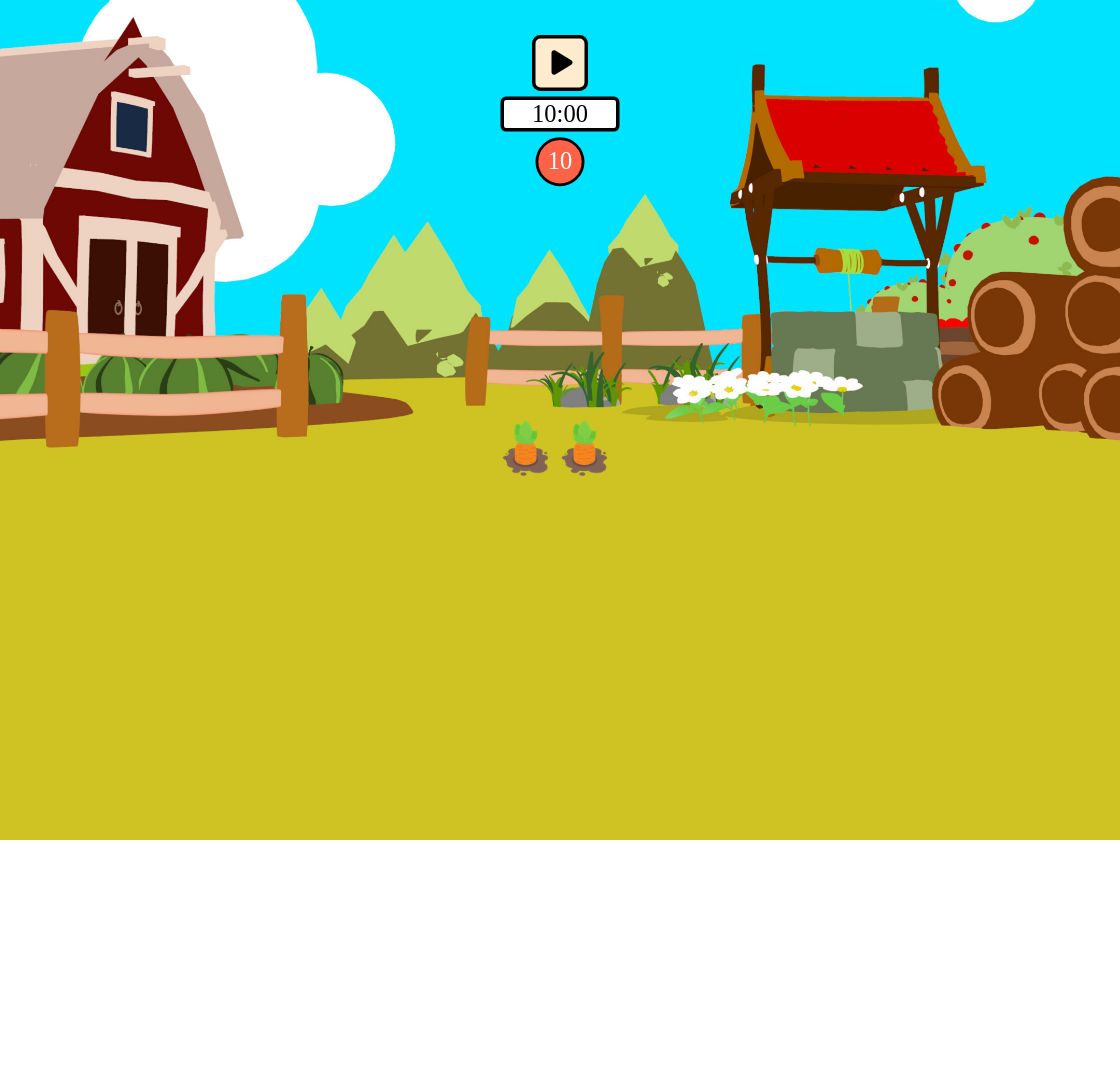
Repository: keehoonjung/Bug-Game
Page: index.html
The author's editor kept a copy of each file at every save. The page is drawn from the files as they stood at one save, then again after the next save.
The browser window is 1280 px wide. The page is 1600 px wide, so the pictures cover 1600 px, including what lies to the right of the window. The pictures show the part of the page from y = 0 to 1560 px (the page is 2150 px tall before and 1200 px after), at 70% of full size.
Some web libraries are served in a nearby version.

Above is the page before, as saved 2021-08-10 11:16:23.

After the next save:
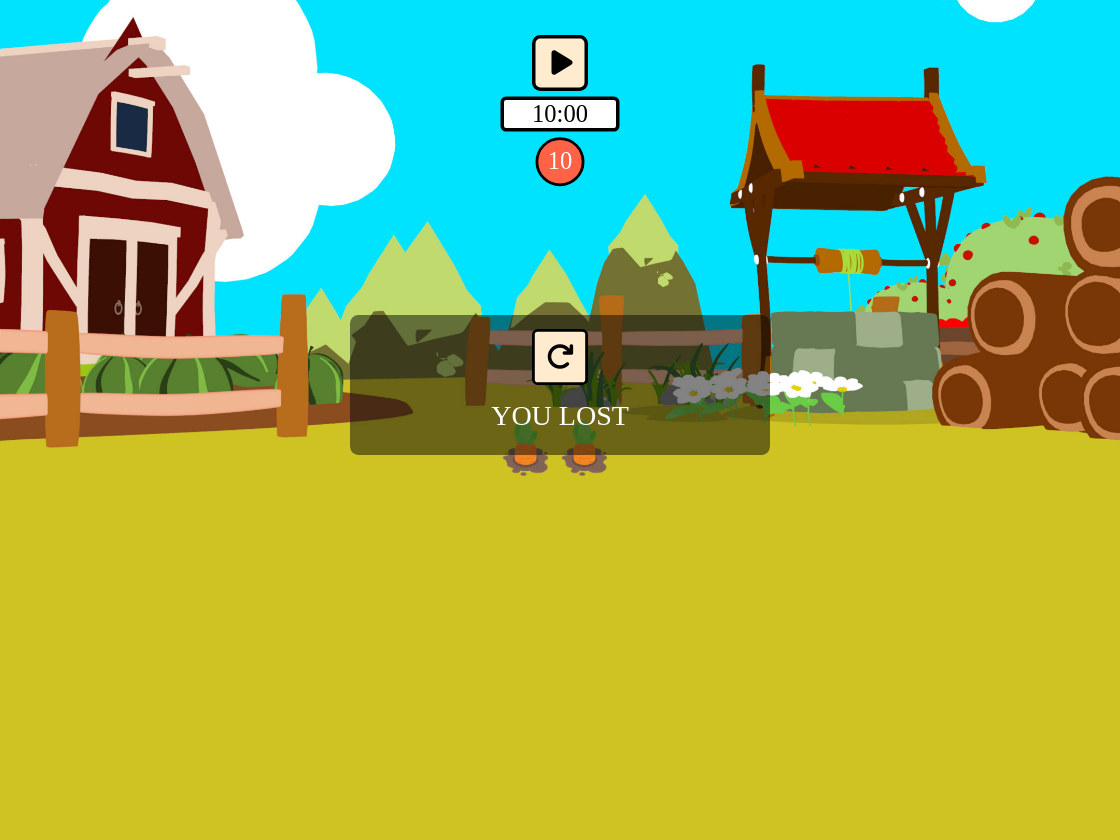
Saved 13 s later.
--- a/style.css
+++ b/style.css
@@ -60,7 +60,7 @@ body {
 
 .popup {
   position: relative;
-  top: 750px;
+  bottom: 750px;
   left: 500px;
   width: 600px;
   height: 200px;
